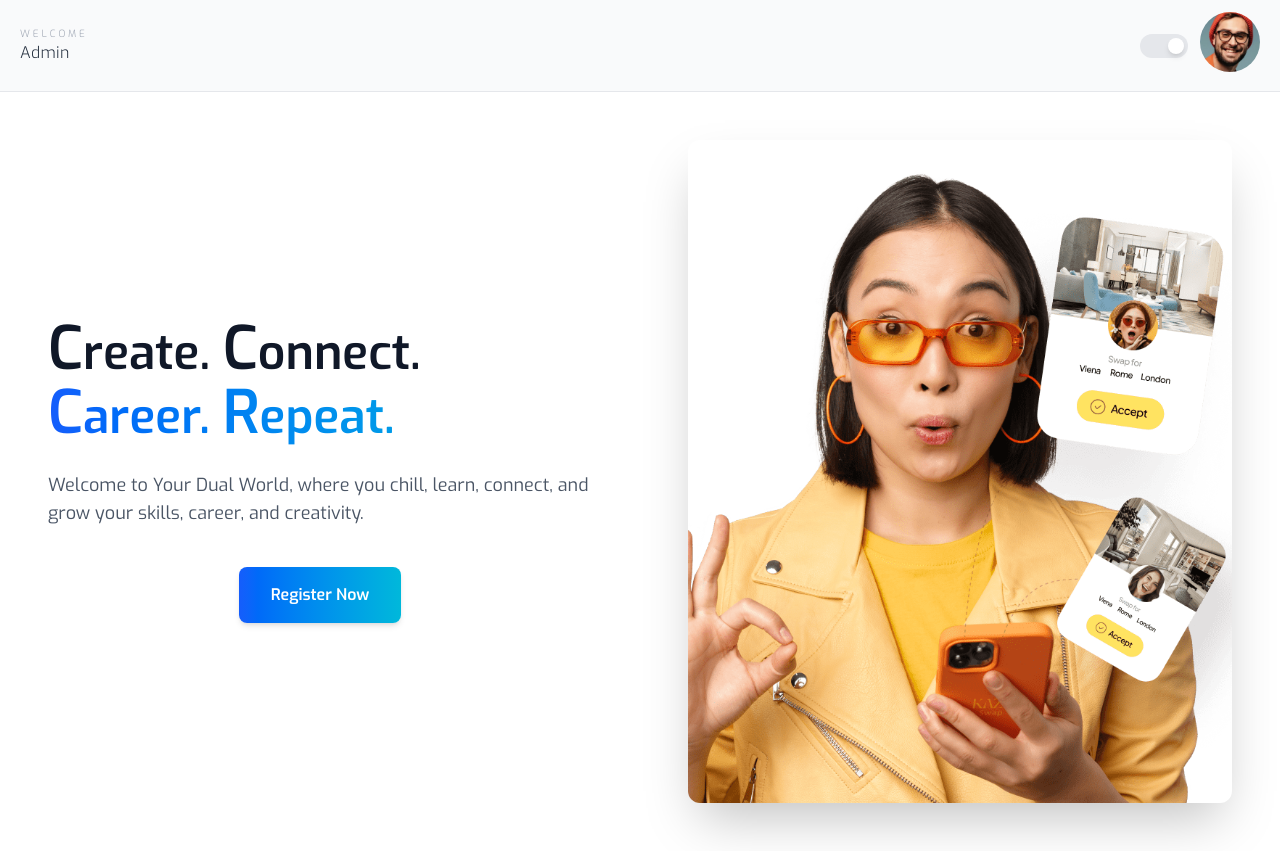
Repository: deepak445566/job
Page: / (app in frontend/)
The author's editor kept a copy of each file at every save. The page is drawn from the files as they stood at one save, then again after the next save.
The browser window is 1280 px wide. The pictures show the whole page.
The page's requests for data from a server got no answer. Some web fonts or font styles are not loaded; a fallback is used. The project was rebuilt for these pictures with package versions that can differ from the ones it lists, and the page was loaded fresh each time. Some packages were replaced by stand-ins written for this rebuild. No one was signed in, and anything a server would have sent is missing. Also part of the build but not shown: frontend/vite.config.js, frontend/src/Components/auth/Login.jsx, frontend/src/Components/study/StudyDashboard.jsx, frontend/src/Components/chill/CreateReelModal.jsx, frontend/src/Components/chill/ChillDashboard.jsx, frontend/src/Components/common/Footer.jsx.

Above is the page before, as saved 2026-02-27 14:50:37.

### frontend/index.html
<!doctype html>
<html lang="en">
  <head>
    <meta charset="UTF-8" />
    <link rel="icon" type="image/svg+xml" href="/vite.svg" />
    <meta name="viewport" content="width=device-width, initial-scale=1.0" />
    <title>frontend</title>
    <link rel="preconnect" href="https://fonts.googleapis.com">
<link rel="preconnect" href="https://fonts.gstatic.com" crossorigin>
<link href="https://fonts.googleapis.com/css2?family=Exo:ital,wght@0,100..900;1,100..900&family=Playfair+Display:ital,wght@0,400..900;1,400..900&display=swap" rel="stylesheet">
  </head>
  <body>
    <div id="root"></div>
    <script type="module" src="/src/main.jsx"></script>
  </body>
</html>

### frontend/src/main.jsx
import { StrictMode } from 'react'
import { createRoot } from 'react-dom/client'
import './index.css'
import App from './App.jsx'
import {BrowserRouter} from 'react-router-dom'
import { AppContextProvider } from './context/AppContextProvider.jsx'




createRoot(document.getElementById('root')).render(
  <BrowserRouter>
  <AppContextProvider>
  <StrictMode>
    <App />
  </StrictMode>
  </AppContextProvider>
  </BrowserRouter>
)

### frontend/src/index.css
@import "tailwindcss";
.exo{
  font-family: "Exo", sans-serif;

  font-style: normal;
}

### frontend/src/App.jsx
import React from "react";
import Login from "./Components/auth/Login";
import { Route, Routes } from "react-router-dom";
import Dashboard from "./Components/Dashboard";
import { useAppContext } from "./context/AppContextProvider";
import Layout from "./Components/common/Layout";

function App() {
  const { showLogin } = useAppContext();

  return (
    <>
      {showLogin && <Login />}

      <Routes>
        {/* Layout wrap karega sab routes ko */}
        <Route path="/" element={<Layout />}>
          <Route index element={<Dashboard />} />
        </Route>
      </Routes>
    </>
  );
}

export default App;

### frontend/src/context/AppContextProvider.jsx
import { useContext, useEffect, useState } from "react";
import { useNavigate } from "react-router-dom";
import axios from "axios";
import { AppContext } from "./AppContext";
import toast from 'react-hot-toast';

axios.defaults.withCredentials = true;
axios.defaults.baseURL = import.meta.env.VITE_BACKEND_URL;
console.log("Base URL:", import.meta.env.VITE_BACKEND_URL);

export const AppContextProvider = ({ children }) => {
  const navigate = useNavigate();
  const [user, setUser] = useState(null);
  const [mode, setMode] = useState('chill'); // Default 'chill' ya 'study'
  const [showLogin, setShowLogin] = useState(false);
  const [loading, setLoading] = useState(true);

  const fetchUser = async () => {
    try {
      const { data } = await axios.get("/api/auth/isauth");
      if (data.success) {
        setUser(data.user);
        // User login hai toh uski mode fetch karo
        fetchUserMode();
      }
    } catch (error) {
      setUser(null);
    } finally {
      setLoading(false);
    }
  };

  // User ka mode fetch karne ka function
  const fetchUserMode = async () => {
    try {
      const { data } = await axios.get("/api/mode/");
      if (data.success) {
        setMode(data.mode);
      }
    } catch (error) {
      console.log("Error fetching mode:", error);
    }
  };

  // Mode toggle karne ka function
  const toggleMode = async () => {
    if (!user) {
      toast.error("Please login first");
      setShowLogin(true);
      return;
    }

    try {
      const { data } = await axios.put("/api/mode/switch");
      if (data.success) {
        setMode(data.mode);
        toast.success(data.message);
      }
    } catch (error) {
      toast.error(error.response?.data?.message || "Error switching mode");
    }
  };

  useEffect(() => {
    fetchUser();
  }, []);

  return (
    <AppContext.Provider
      value={{
        navigate,
        user,
        setUser,
        axios,
        setShowLogin,
        showLogin,
        mode,
        setMode,
        toggleMode,
        loading
      }}
    >
      {children}
    </AppContext.Provider>
  );
};

export const useAppContext = () => useContext(AppContext);

### frontend/src/Components/Dashboard.jsx
// components/Dashboard.jsx
import React from 'react';
import { useAppContext } from '../context/AppContextProvider';
import StudyDashboard from './study/StudyDashboard';
import ChillDashboard from './chill/ChillDashboard';

function Dashboard() {
  const { mode, user, setShowLogin, loading } = useAppContext();

  // Loading state
  if (loading) {
    return (
      <div className="min-h-screen flex items-center justify-center">
        <div className="text-center">
          <div className="w-16 h-16 border-4 border-blue-500 border-t-transparent rounded-full animate-spin mx-auto mb-4"></div>
          <p className="text-gray-600">Loading dashboard...</p>
        </div>
      </div>
    );
  }

  // Agar user login nahi hai
  if (!user) {
    return (
     <div className="min-h-screen  flex items-center justify-center  exo">

      <div className=" w-full   rounded-2xl overflow-hidden flex flex-col md:flex-row">

        {/* Left side: Text and button */}
        <div className="w-full md:w-1/2 p-5 sm:p-10 lg:p-12 flex flex-col justify-center space-y-6">
          {/* Heading */}
          <h1 className="text-4xl sm:text-5xl font-semibold text-gray-900 leading-tight">
           <span className='text-6xl'>C</span>reate.  <span className='text-6xl'>C</span>onnect.
            <span className="text-transparent bg-clip-text bg-gradient-to-r from-blue-600 to-cyan-500 block ">
             <span className='text-6xl'>C</span>areer.  <span className='text-6xl exo'>R</span>epeat.
            </span>
          </h1>

          {/* Paragraph */}
          <p className="text-lg text-gray-600 ">
           Welcome to Your Dual World, where you chill, learn, connect, and grow your skills, career, and creativity.
          </p>

          {/* Register Now Button */}
          <div className="pt-4 flex justify-center">
            <button onClick={()=>setShowLogin(true)} className="px-8 py-4 bg-gradient-to-r from-blue-600 to-cyan-500 text-white font-semibold rounded-lg shadow-md hover:shadow-lg transform hover:scale-105 transition-all duration-300 ease-in-out focus:outline-none focus:ring-2 focus:ring-blue-400 focus:ring-offset-2">
              Register Now
            </button>
          </div>


        </div>

        {/* Right side: Image */}
        <div className="w-full md:w-1/2  flex items-center justify-center p-3 sm:p-10 lg:p-12">

          <img
            src="/images/m.png"
            alt="Hero visual representing our platform"
            className="w-full h-auto rounded-xl shadow-2xl object-cover transform hover:scale-105 transition-transform duration-500"
          />
        </div>
      </div>
    </div>
    );
  }

  // Mode ke hisaab se dashboard render karo
  return (
    <div className="transition-all duration-500">
      {mode === 'study' ? <StudyDashboard /> : <ChillDashboard />}
    </div>
  );
}

export default Dashboard;

### frontend/src/Components/common/Layout.jsx
import Navbar from "./Navbar";
import FloatingDockMinimal from "./Footer";
import { Outlet } from "react-router-dom";
import { useAppContext } from "../../context/AppContextProvider";

function Layout() {
  const { user } = useAppContext(); // ya isAuthenticated

  return (
    <div className="min-h-screen flex flex-col">
      <Navbar />

      {/* Page Content */}
      <div className={`flex-1 ${user ? "pb-20" : ""}`}>
        <Outlet />
      </div>

      {/* 👇 Sirf login user ko dikhega */}
      {user && <FloatingDockMinimal />}
    </div>
  );
}

export default Layout;

### frontend/src/Components/common/Navbar.jsx
import React, { useState } from "react";
import { useAppContext } from "../../context/AppContextProvider";
import toast from "react-hot-toast";

function Navbar() {
  const { user, setUser, axios, setShowLogin, navigate, mode, toggleMode } =
    useAppContext();
  const [loggingOut, setLoggingOut] = useState(false);
  const [togglingMode, setTogglingMode] = useState(false);
  const [showProfileMenu, setShowProfileMenu] = useState(false);

  const handleLogout = async () => {
    try {
      setLoggingOut(true);
      const { data } = await axios.post("/api/auth/logout");
      if (data.success) {
        setUser(null);
        setShowLogin(true);
        toast.success("Logged out successfully");
        navigate("/");
      } else {
        toast.error(data.message || "Logout failed");
      }
    } catch (error) {
      toast.error(error.response?.data?.message || "Error logging out");
    } finally {
      setLoggingOut(false);
      setShowProfileMenu(false);
    }
  };

  const handleToggleMode = async () => {
    try {
      setTogglingMode(true);
      await toggleMode();
    } catch (error) {
      console.error("Error toggling mode:", error);
    } finally {
      setTogglingMode(false);
    }
  };

  const handleProfileClick = () => {
    if (user) {
      setShowProfileMenu(!showProfileMenu);
    } else {
      setShowLogin(true);
    }
  };

  const getInitial = () => {
    if (user?.username) return user.username[0].toUpperCase();
    if (user?.email) return user.email[0].toUpperCase();
    return 'K';
  };

  return (
   <nav className="bg-gray-50 border-b border-gray-200 px-5 py-3 sticky top-0 z-50 exo">
  <div className="flex justify-between items-center max-w-7xl mx-auto">
    {/* Left Side */}
    <div className="flex items-center gap-4">
      <div className="flex flex-col">
        <span className="text-[10px] uppercase tracking-[0.3em] text-gray-400 font-light">
          Welcome
        </span>
        <div className="flex items-center gap-2">
          <span className="text-base font-light text-gray-800 tracking-wide">
            {user?.username || user?.email?.split('@')[0] || 'Admin'}
          </span>
          {user && (
            <span className="w-1 h-1 bg-gray-300 rounded-full"></span>
          )}
        </div>
      </div>
    </div>

    {/* Right Side */}
    <div className="flex items-center gap-3">
      {/* Mode Toggle */}
      <button
        onClick={handleToggleMode}
        disabled={togglingMode || !user}
        className={`relative w-12 h-6 rounded-full transition-all duration-700 ${
          user
            ? mode === 'study'
              ? 'bg-gray-700'
              : 'bg-gray-300'
            : 'bg-gray-200 cursor-not-allowed'
        }`}
        title={!user ? "Login to switch mode" : `Switch to ${mode === 'study' ? 'Chill' : 'Study'}`}
      >
        <span
          className={`absolute top-1 left-1 w-4 h-4 bg-white rounded-full shadow-md transform transition-all duration-500 ease-in-out ${
            mode === 'chill' ? 'translate-x-6' : ''
          }`}
        />
      </button>

      {/* Profile */}
      <div className="relative">
        <button
          onClick={handleProfileClick}
          className="group relative focus:outline-none"
        >
          <div>
            <img src="/images/log.jpg" className="h-15 w-15 rounded-full"/>
          </div>


        </button>

        {/* Profile Menu */}
        {showProfileMenu && user && (
          <>
            <div
              className="fixed inset-0 z-40"
              onClick={() => setShowProfileMenu(false)}
            />

            <div className="absolute right-0 mt-3 w-56 bg-white rounded-2xl shadow-lg border border-gray-100 z-50 overflow-hidden">
              <div className="px-5 py-4 border-b border-gray-100">
                <p className="text-xs text-gray-400 uppercase tracking-[0.2em] mb-2 font-light">
                  Account
                </p>
                <p className="text-sm font-medium text-gray-800 mb-0.5">
                  {user.username || 'User'}
                </p>
                <p className="text-xs text-gray-400 truncate font-light">
                  {user.email || 'user@example.com'}
                </p>
              </div>

              <div className="p-2">
                <button
                  onClick={() => {
                    setShowProfileMenu(false);
                    navigate('/profile');
                  }}
                  className="w-full px-4 py-2.5 text-left hover:bg-gray-50 rounded-xl transition-all duration-200 flex items-center gap-3 text-gray-600 group"
                >
                  <span className="text-sm opacity-50 group-hover:opacity-100 transition-opacity">👤</span>
                  <span className="text-xs font-light tracking-wide">Profile</span>
                </button>

                <div className="h-px bg-gray-100 my-2"></div>

                <button
                  onClick={handleLogout}
                  disabled={loggingOut}
                  className="w-full px-4 py-2.5 text-left hover:bg-gray-50 rounded-xl transition-all duration-200 flex items-center gap-3 text-gray-600 group"
                >
                  <span className="text-sm opacity-50 group-hover:opacity-100 transition-opacity">🚪</span>
                  <span className="text-xs font-light tracking-wide flex-1">
                    {loggingOut ? "Exiting..." : "Sign out"}
                  </span>
                  {loggingOut && (
                    <span className="w-3 h-3 border border-gray-300 border-t-transparent rounded-full animate-spin" />
                  )}
                </button>
              </div>
            </div>
          </>
        )}
      </div>
    </div>
  </div>
</nav>
  );
}

export default Navbar;

Loaded but not shown: frontend/src/context/AppContext.jsx (common file)

After the next save:
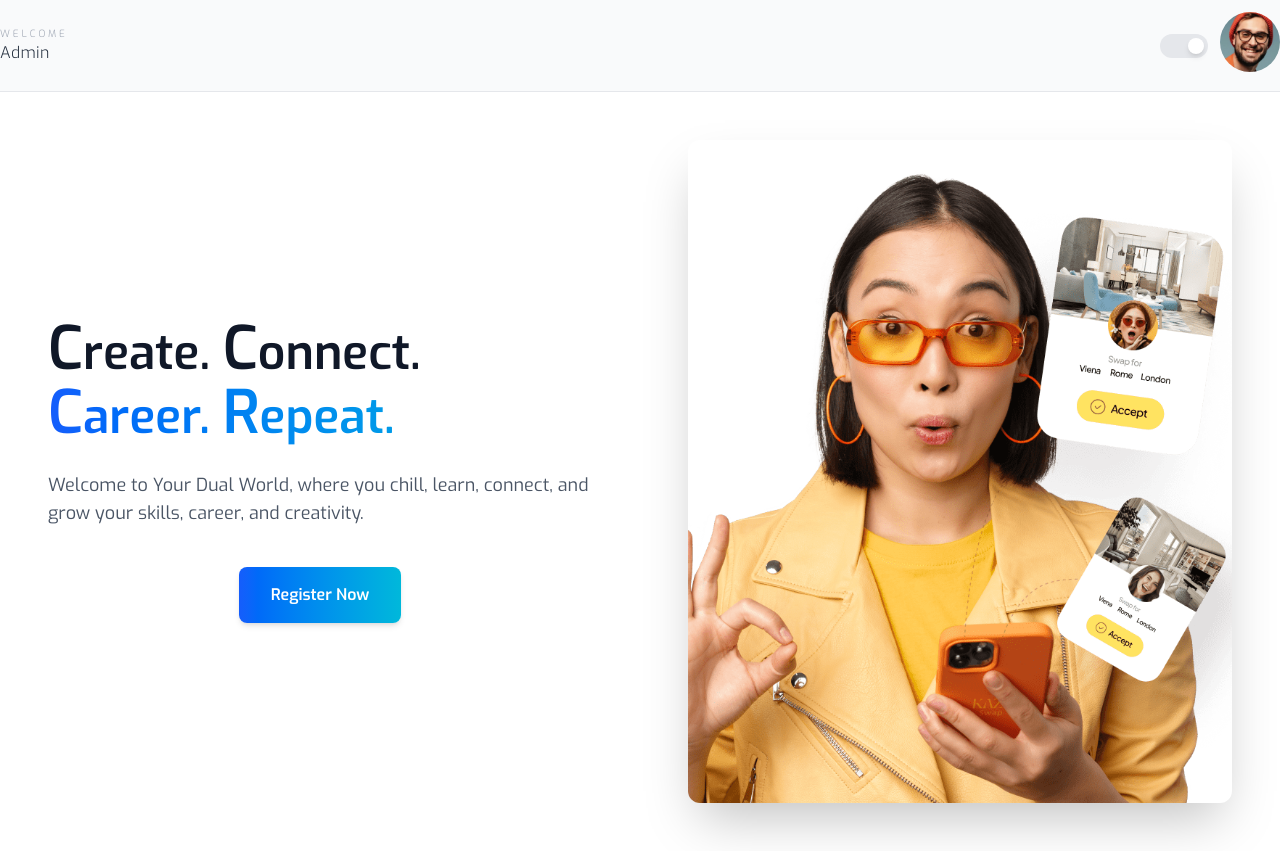
Saved 16 s later.
--- a/frontend/src/Components/common/Navbar.jsx
+++ b/frontend/src/Components/common/Navbar.jsx
@@ -55,7 +55,7 @@ function Navbar() {
   };
 
   return (
-   <nav className="bg-gray-50 border-b border-gray-200 px-5 py-3 sticky top-0 z-50 exo">
+   <nav className="bg-gray-50 border-b border-gray-200 px- py-3 sticky top-0 z-50 exo">
   <div className="flex justify-between items-center max-w-7xl mx-auto">
     {/* Left Side */}
     <div className="flex items-center gap-4">
